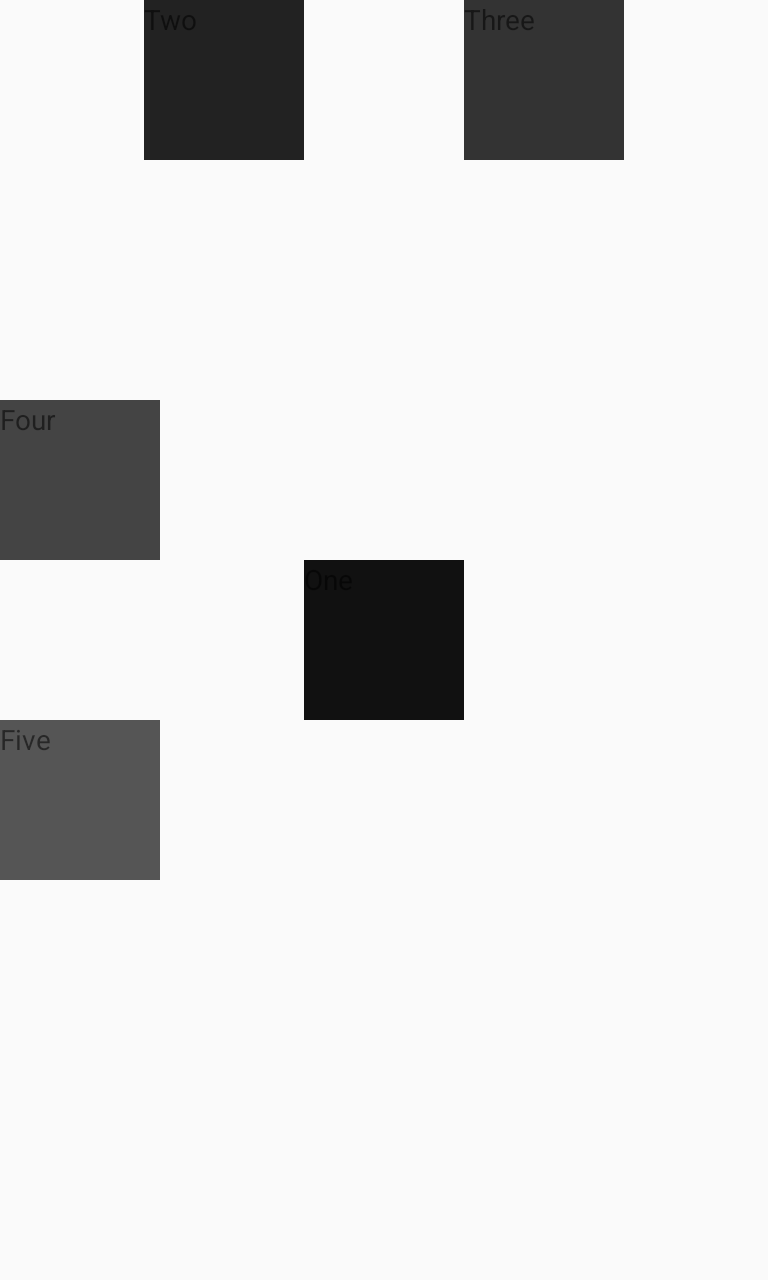
Repository: bingb89/Garbage
Layout: xml/hello/res/layout/activity_main.xml
An editor plug-in stored every save of this project. The layout is shown before and after the next save, followed by the edit.
It is drawn on a 768 x 1280 px phone screen (xhdpi) without system bars, with theme AppTheme; the app's code is not run.

Above is the layout before, as saved 2015-12-24 08:50:24.

### xml/hello/res/layout/activity_main.xml
<RelativeLayout xmlns:android="http://schemas.android.com/apk/res/android"
    xmlns:tools="http://schemas.android.com/tools"
    android:id="@+id/RelativeLayout1"
    android:layout_width="match_parent"
    android:layout_height="match_parent" >

    <TextView
        android:id="@+id/t1"
        android:layout_width="80dp"
        android:layout_height="80dp"
        android:layout_centerInParent="true"
        android:background="#111111"
        android:text="@string/one" />

    <TextView
        android:id="@+id/t2"
        android:layout_width="80dp"
        android:layout_height="80dp"
        android:layout_toLeftOf="@id/t1"
        android:background="#222222"
        android:text="@string/two" />

    <TextView
        android:id="@+id/t3"
        android:layout_width="80dp"
        android:layout_height="80dp"
        android:layout_toRightOf="@id/t1"
        android:background="#333333"
        android:text="@string/three" />

    <TextView
        android:id="@+id/t4"
        android:layout_width="80dp"
        android:layout_height="80dp"
        android:layout_above="@id/t1"
        android:background="#444444"
        android:text="@string/four" />

    <TextView
        android:id="@+id/t5"
        android:layout_width="80dp"
        android:layout_height="80dp"
        android:layout_below="@id/t1"
        android:background="#555555"
        android:text="@string/five" />

</RelativeLayout>

### xml/hello/res/values/strings.xml
<?xml version="1.0" encoding="utf-8"?>
<resources>

    <string name="app_name">hello</string>
    <string name="hello_world">Hello world!</string>
    <string name="action_settings">Settings</string>

    <string name="one">One</string>
    <string name="two">Two</string>
    <string name="three">Three</string>
    <string name="four">Four</string>
    <string name="five">Five</string>

</resources>

Loaded but not shown: xml/hello/res/values/styles.xml (common file); xml/hello/res/values-v11/styles.xml (common file); xml/hello/res/values-v14/styles.xml (common file)

After the next save:
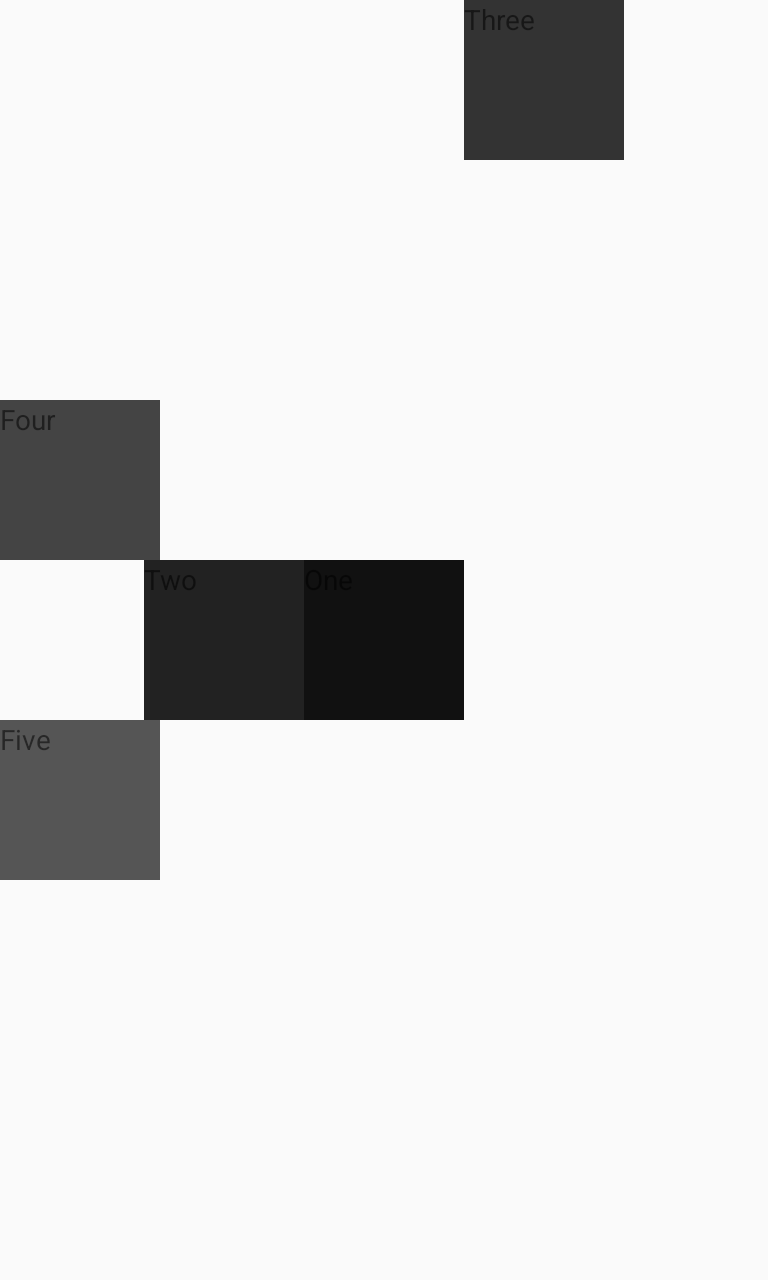
Saved 65 s later.
--- a/xml/hello/res/layout/activity_main.xml
+++ b/xml/hello/res/layout/activity_main.xml
@@ -17,6 +17,7 @@
         android:layout_width="80dp"
         android:layout_height="80dp"
         android:layout_toLeftOf="@id/t1"
+        android:layout_centerVertical="true"
         android:background="#222222"
         android:text="@string/two" />
 
